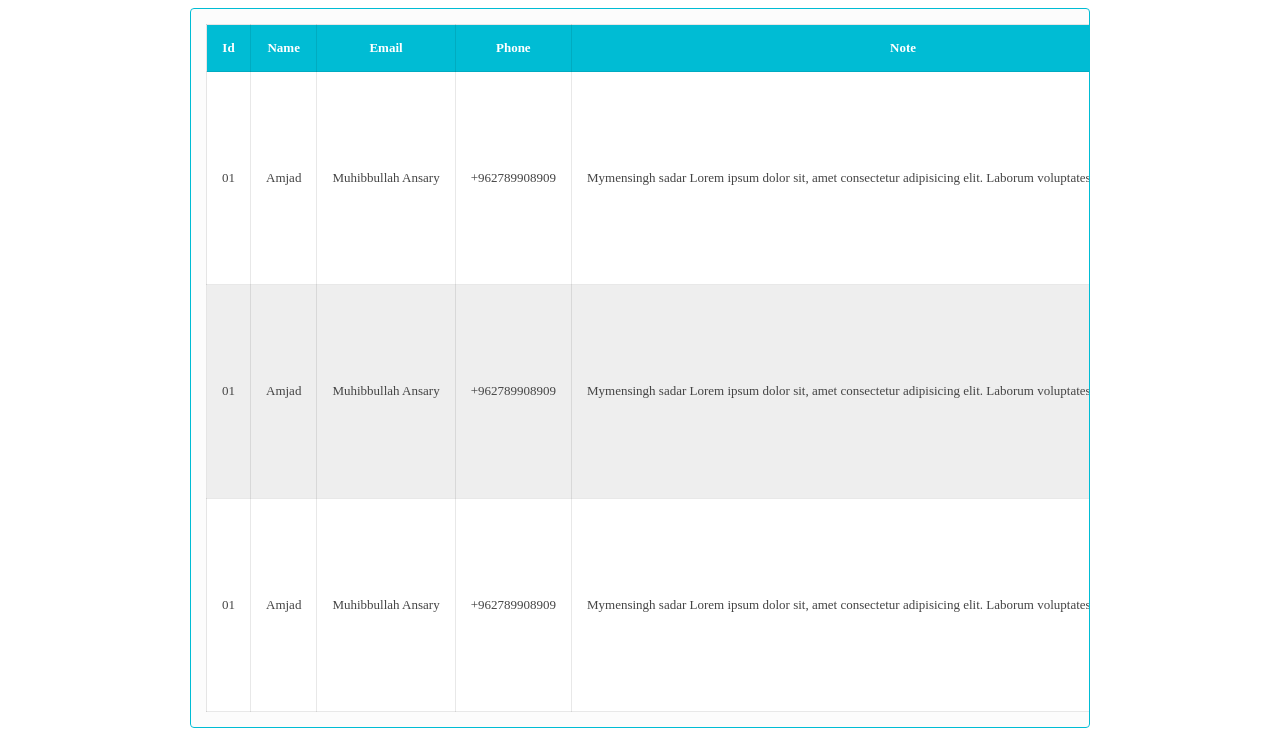
Repository: special4Party/Graduation-project-wedding-hall
Page: include/temp/tttttttttt.html
These files come from the project's save history. The page is drawn as it stood at one moment and after the next save; the edit follows.
The browser window is 1280 px wide. The pictures show the whole page.

Above is the page before, as saved 2022-05-01 00:24:29.

After the next save:
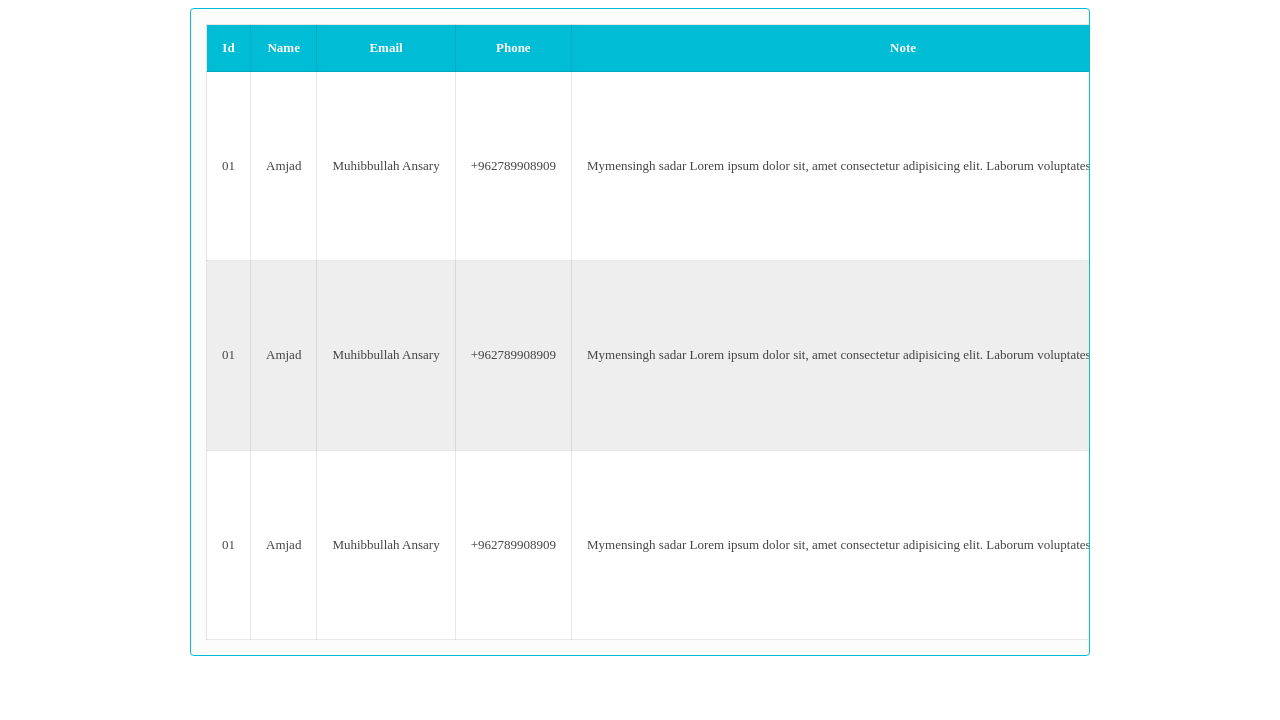
Saved 14 s later.
--- a/layout/css/tttttttt.css
+++ b/layout/css/tttttttt.css
@@ -3,7 +3,7 @@
     box-sizing: border-box;
 }
 body>div{
-    min-height: 100vh;
+    min-height: 90vh;
     display: flex;
     font-family: cursive;
 }
